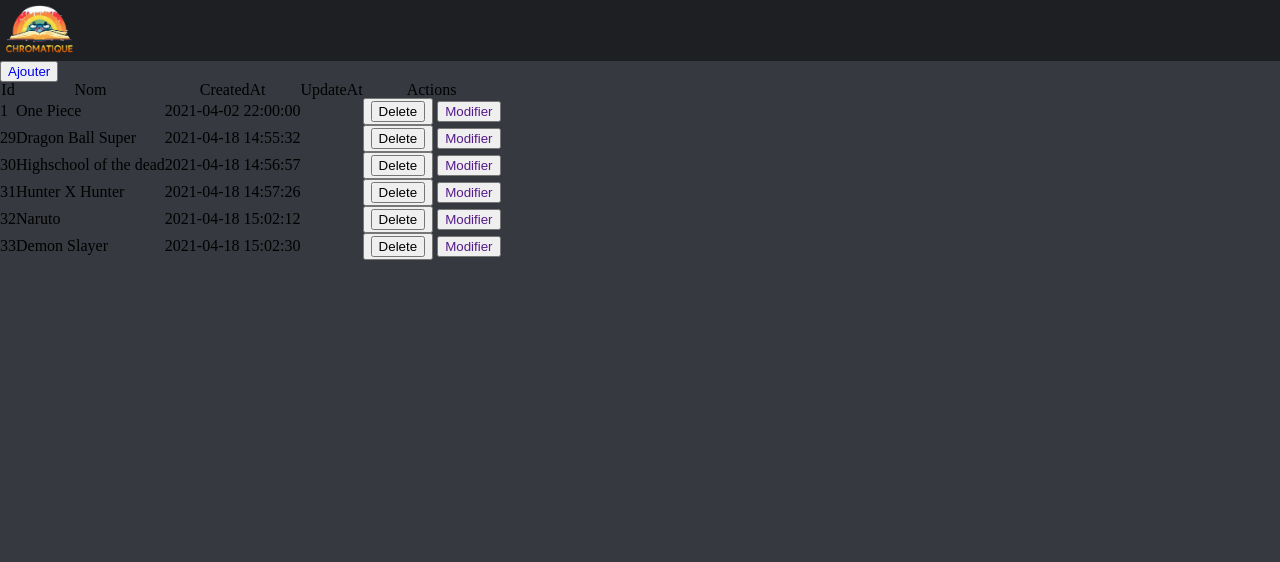
Repository: Codesieg/Chromatique
Page: http://localhost/admin
An editor plug-in stored every save of this project. The page is shown before and after the next save, followed by the edit.
The browser window is 1280 px wide. The pictures show the whole page.
Some icons come from a web library that is not loaded, so they are not drawn. The page is served by the project's Laravel application, run on PHP 8.4 with Laravel 8. Other server files are loaded and not shown. The database holds what the project's SQL file puts in it.

Above is the page before, as saved 2021-04-20 15:48:37.

### chromatique/routes/web.php
<?php


use Illuminate\Support\Facades\Route;
use App\Http\Controllers\MangasController;
use App\Http\Controllers\TomesController;
use App\Http\Controllers\AdminMangasController;

/*
|--------------------------------------------------------------------------
| Web Routes
|--------------------------------------------------------------------------
|
| Here is where you can register web routes for your application. These
| routes are loaded by the RouteServiceProvider within a group which
| contains the "web" middleware group. Now create something great!
|
*/
//-------------- Route front ----------------
// Route::get('/', [MangasController::class,'browse'])->name('browse_mangas');

Route::get(
    '/',
    [MangasController::class, 'browse']
)->name('browse_mangas');

Route::get(
    '/tome/{id}',
    [TomesController::class,'browse']
)->name('browse_tomes');

//-------------- Route back ----------------

Route::get(
    '/admin',
    [AdminMangasController::class, 'browse']
)->name('admin_browse_mangas');

Route::get(
    '/admin/add',
    [AdminMangasController::class, 'form']
)->name('admin_form_manga');

Route::post(
    '/admin/add',
    [AdminMangasController::class, 'add']
)->name('admin_add_manga');

Route::delete(
    '/admin/delete/{id}',
    [AdminMangasController::class, 'delete']
)->name('admin_delete_manga');

### chromatique/app/Http/Controllers/AdminMangasController.php
<?php

namespace App\Http\Controllers;

use App\Models\Mangas;
use Illuminate\Http\Request;
use App\Http\Controllers\Controller;
use Illuminate\Foundation\Auth\User;

class AdminMangasController extends Controller
{
    /**
     * Show all the mangas in database.
     *
     * @return App\Models\Mangas
     */
    public function browse()
    {
        $listManga = Mangas::all();

        return view('admin/browse', [
            'listMangas' => $listManga
        ]);
    }

    /**
     * Show the mangas by id.
     *
     * @return App\Models\Mangas
     */
    public function read($id)
    {
        return view('admin/details', [
            'manga' => Mangas::find($id)
        ]);
    }

    /**
     * Modify the mangas by id.
     *
     * @return App\Models\Mangas
     */
    public function edit($id)
    {
        return view('edit', [
            'manga' => Mangas::find($id)
        ]);
    }

    /**
     * Add a new manga.
     *
     *
     * @return void
     */
    public function form()
    {
        $uploaderList = User::All();
        // dd($uploaderList);

        return view('admin/form',
        ['uploaderList' => $uploaderList]
    );
    }

    /**
     * Show the application dashboard.
     *
     * @return \Illuminate\Http\Response
     */
    public function add(Request $request)
    {
        $mangaName = $request->input('mangaName');
        // $mangaJacket = $request->input('mangaJacket');
        $author = $request->input('author');
        $synopsis = $request->input('synopsis');
        $userId = $request->input('userId');

        $this->validate($request, [
                'mangaJacket' => 'required',
                'mangaJacket.*' => 'mimes:jpg,png'
        ]);
         // à la création d'un nouveua manga il faut créer un nouveau dossier
        // Récupérer le nom du fichier et le renomer

        if($request->hasfile('mangaJacket'))
        {
            $jacket = $request->file('mangaJacket');
            // dump($jacket->path());
            // dump($jacket->hashName());
            $name = '/' . $mangaName . '/' . $mangaName . '.' . $jacket->extension();
            // dump($name);

            $jacket->move(public_path().'/assets/mangas/'. ucfirst($mangaName), $name);
        }

        $file= new Mangas();
        $file->manga_name = $mangaName;
        $file->manga_jacket = ucfirst($name);
        $file->author = $author;
        $file->synopsis = $synopsis;
        $file->users_id = $userId ;
        $file->created_at = new \datetime();
        $file->save();

        // return redirect()->route('profile');
        return back()->with('success', 'Data Your files has been successfully added');
    }

    /**
     * DELETE a  manga.
     *
     * @return App\Models\Mangas
     */
    public function delete($id)
    {
        $manga = Mangas::find($id);

        if ($manga) {
            $manga::destroy($id);
            return back()->with($id . " supprimer", 200);
        } else {
            return back()->with('nop');
        }
    }

}

### chromatique/app/Models/Mangas.php
<?php

namespace App\Models;

use Illuminate\Database\Eloquent\Factories\HasFactory;
use Illuminate\Database\Eloquent\Model;

class Mangas extends Model
{
    use HasFactory;
    protected $fillable = [
        'manga_name',
        'manga_jacket',
        'author',
        'synopsis',
        'manga_banner',
        'users_id',
    ];
}

### chromatique/resources/views/admin/browse.blade.php
@extends ('layout')

@section('contenu')

<div class="container">
    <div class="add">
        <button type="button" class="btn btn-primary btn-sm"><a class="text-decoration-none text-white" href="{{route('admin_form_manga')}}">Ajouter</a></button>
    </div>

    <div class="col-12">
        <table class="table">
            <thead>
            <tr>
                <th class="text-white">Id</th>
                <th class="text-white">Nom</th>
                <th class="text-white">CreatedAt</th>
                <th class="text-white">UpdateAt</th>
                <th class="text-white">Actions</th>
            </tr>
            </thead>
            <tbody>
            @foreach ($listMangas as $manga)
            <tr>
                <td class="text-white">{{$manga->id}}</td>
                <td class="text-white">{{$manga->manga_name}}</td>
                <td class="text-white">{{$manga->created_at}}</td>
                <td class="text-white">{{$manga->update_at}}</td>
                <td>
                    <button type="button" class="btn btn-danger btn-sm      text-decoration-none text-white"><form action="{{route  ('admin_delete_manga', ['id' => $manga->id])}}" method="post">
                        <input class="btn btn-default" type="submit" value="Delete">
                        <input type="hidden" name="_method" value="delete" />
                        <input type="hidden" name="_token" value="{{ csrf_token() }}">
                    </form>
                    </button>
                    <button type="button" class="btn btn-success btn-sm text-decoration-none text-white"><a class="text-decoration-none text-white"  href="">Modifier</a></button>
                </td>
            </tr>
            @endforeach
            </tbody>
        </table>
    </div>
</div>
@endsection

### chromatique/resources/views/layout.blade.php
<!DOCTYPE html>
<html lang="fr">

<head>
    <meta charset="UTF-8">
    <meta http-equiv="X-UA-Compatible" content="IE=edge">
    <meta name="viewport" content="width=device-width, initial-scale=1.0">
    <title>Chromatique</title>
    <link rel="stylesheet" href="https://maxst.icons8.com/vue-static/landings/line-awesome/line-awesome/1.3.0/css/line-awesome.min.css">
    <link rel="stylesheet" href="<?= asset('assets/css/reset.css') ?>">
    <link rel="stylesheet" href="<?= asset('assets/css/style.css') ?>">
</head>

<header>
    <div class="infos-menu">
        <div class="wrapper-menu">
            <img class="logo" src="<?= asset('assets/img/logo.png') ?>" alt="">
            <a href="{{route('browse_mangas')}}"><i class="las la-3x la-home white"></i></a>
            <a href="{{route('admin_form_manga')}}"><i class="las la-3x la-user-shield white"></i></a>
            <a href="https://discord.gg/3HH8Usj"><i class="lab la-3x la-discord white"></i></a>
            <a href="#"><i class="lab la-3x la-telegram white"></i></a>
            <a href="#"><i class="las la-3x la-info-circle white"></i></a>
        </div>
    </div>
</header>
<body >
    <!-- wrap -->

    @yield('contenu')



</body>
</html>

### chromatique/public/assets/css/reset.css
/* http://meyerweb.com/eric/tools/css/reset/
   v2.0 | 20110126
   License: none (public domain)
*/

html,
body,
div,
span,
applet,
object,
iframe,
h1,
h2,
h3,
h4,
h5,
h6,
p,
blockquote,
pre,
a,
abbr,
acronym,
address,
big,
cite,
code,
del,
dfn,
em,
img,
ins,
kbd,
q,
s,
samp,
small,
strike,
strong,
sub,
sup,
tt,
var,
b,
u,
i,
center,
dl,
dt,
dd,
ol,
ul,
li,
fieldset,
form,
label,
legend,
table,
caption,
tbody,
tfoot,
thead,
tr,
th,
td,
article,
aside,
canvas,
details,
embed,
figure,
figcaption,
footer,
header,
hgroup,
menu,
nav,
output,
ruby,
section,
summary,
time,
mark,
audio,
video {
    margin: 0;
    padding: 0;
    border: 0;
    font-size: 100%;
    font: inherit;
    vertical-align: baseline;
}

a {
    text-decoration: none;
}


/* HTML5 display-role reset for older browsers */

article,
aside,
details,
figcaption,
figure,
footer,
header,
hgroup,
menu,
nav,
section {
    display: block;
}

body {
    line-height: 1;
}

ol,
ul {
    list-style: none;
}

blockquote,
q {
    quotes: none;
}

blockquote:before,
blockquote:after,
q:before,
q:after {
    content: '';
    content: none;
}

table {
    border-collapse: collapse;
    border-spacing: 0;
}

### chromatique/public/assets/css/style.css
body {
    margin: 0;
    background-color: #36393F;
}

.logo {
    margin: 5px 5px 5px 5px;
    width: 10%;
}

.logo__left {
    width: 50px
}

.infos-menu {
    display: flex;
    align-items: center;
    justify-content: space-between;
    background-color: #1e1f22;
    position: sticky;
}

.infos-menu i {
    margin-left: 2px;
}

.wrapper-menu {
    display: flex;
    align-items: center;
}

.la-user-shield {
    margin: 0 10px 0 0;
}

.search {
    position: relative;
    margin: 10px 0 0 0;
    float: left;
    top: 50px;
    right: 50px;
}

.field {
    border: 0 !important;
    width: 100% !important;
    height: 100% !important;
    padding: 10px 20px !important;
    background: white !important;
    border-radius: 3px !important;
    box-shadow: 0px 8px 15px rgba(75, 72, 72, 0.1) !important;
    -webkit-transition: all 0.4s ease !important;
    transition: all 0.4s ease !important;
}

.login {
    display: flex;
    align-items: center;
    margin: 0 20px 0 0px;
}

.login a {
    margin: 0 5px 0 5px;
    text-decoration: none;
    font-size: 1.5em;
    color: #fff;
    padding: 5px 5px 5px 5px;
}

.dropdown-login {
    position: relative;
    display: inline-block;
    margin: 0 0 0 50px;
}

.dropdown-login:hover .dropdown-content {
    display: flex;
    flex-direction: column;
}

.dropdown-content {
    display: none;
    position: absolute;
    background-color: #1e1f22;
    min-width: 260px;
    top: 85%;
    right: 5%;
    box-shadow: 0px 8px 16px 0px rgba(0, 0, 0, 0.2);
    padding: 30px 8px 16px 8px;
    z-index: 1;
}

.white {
    color: #ffff;
    text-decoration: none;
}

p {
    color: white;
}

h1 {
    font-size: 1.5em;
    text-align: center;
    padding: 10px 0 0 0;
}

.main {
    width: 80%;
    margin: 20px auto;
    display: flex;
    justify-content: center;
}

.content {
    display: flex;
    flex-direction: column;
}

.hot {
    border-bottom: solid #DCDDDE 1px;
    color: #DCDDDE;
    font-size: 1.8em;
    padding: 0 0 5px 0;
}

.cards {
    display: flex;
    justify-content: center;
    align-self: center;
    flex-wrap: wrap;
    width: 60%;
}

.card {
    background-color: #1e1f22;
    margin: 10px;
    padding: 10px;
    display: flex;
    flex-direction: column;
}

.card p {
    text-align: center;
    margin: 7px 0 0 0;
}

.stats {
    display: flex;
    margin: 10px 0 10px 0;
}

.views {
    display: flex;
}

.resume {
    width: 75%;
    margin: 5px 0 0 0;
    font-size: 1.2em;
    font-family: 'Lucida Sans', 'Lucida Sans Regular', 'Lucida Grande', 'Lucida Sans Unicode', Geneva, Verdana, sans-serif;
}

.cover {
    width: 290px;
    height: 450px;
    display: flex;
    align-self: center;
}

.main-cover {
    position: relative;
    float: right;
    top: 50px;
    left: 100px;
}


/*  Détails page */

### Docs/chromatique.sql (the tables this page reads)
CREATE TABLE IF NOT EXISTS `mangas` (
  `id` int(10) UNSIGNED NOT NULL AUTO_INCREMENT,
  `manga_name` varchar(45) DEFAULT NULL COMMENT 'Nom du manga',
  `author` varchar(45) DEFAULT NULL COMMENT 'Auteur du manga',
  `synopsis` mediumtext COMMENT 'Résumé du manga',
  `manga_jacket` varchar(255) NOT NULL COMMENT 'Couverture du manga',
  `manga_banner` varchar(45) DEFAULT NULL COMMENT 'bannière de page du manga',
  `manga_directory` varchar(60) DEFAULT NULL,
  `home_order` int(11) DEFAULT '0',
  `created_at` timestamp NULL DEFAULT NULL,
  `updated_at` timestamp NULL DEFAULT NULL,
  `users_id` int(10) UNSIGNED NOT NULL,
  `chapter_id` int(11) NOT NULL,
  PRIMARY KEY (`id`,`users_id`),
  UNIQUE KEY `id_UNIQUE` (`id`),
  KEY `fk_mangas_users1_idx` (`users_id`)
) ENGINE=InnoDB AUTO_INCREMENT=34 DEFAULT CHARSET=utf8;

INSERT INTO `mangas` (`id`, `manga_name`, `author`, `synopsis`, `manga_jacket`, `manga_banner`, `manga_directory`, `home_order`, `created_at`, `updated_at`, `users_id`, `chapter_id`) VALUES
(1, 'One Piece', NULL, NULL, '/tome_93/tome-93.jpg', NULL, '/One_Piece', 0, '2021-04-02 22:00:00', NULL, 1, 0),
(29, 'Dragon Ball Super', NULL, NULL, '/Dragon Ball Super/Dragon Ball Super.jpg', NULL, NULL, 0, '2021-04-18 14:55:32', '2021-04-18 14:55:32', 1, 0),
(30, 'Highschool of the dead', NULL, NULL, '/Highschool of the dead/Highschool of the dead.jpg', NULL, NULL, 0, '2021-04-18 14:56:57', '2021-04-18 14:56:57', 1, 0),
(31, 'Hunter X Hunter', NULL, NULL, '/Hunter X Hunter/Hunter X Hunter.jpg', NULL, NULL, 0, '2021-04-18 14:57:26', '2021-04-18 14:57:26', 1, 0),
(32, 'Naruto', NULL, NULL, '/Naruto/Naruto.jpg', NULL, NULL, 0, '2021-04-18 15:02:12', '2021-04-18 15:02:12', 1, 0),
(33, 'Demon Slayer', NULL, NULL, '/Demon Slayer/Demon Slayer.jpg', NULL, NULL, 0, '2021-04-18 15:02:30', '2021-04-18 15:02:30', 1, 0);

ALTER TABLE `mangas`
  ADD CONSTRAINT `fk_mangas_users1` FOREIGN KEY (`users_id`) REFERENCES `users` (`id`) ON DELETE NO ACTION ON UPDATE NO ACTION;

Loaded but not shown: chromatique/app/Providers/AppServiceProvider.php (common file); chromatique/app/Http/Controllers/Controller.php (common file)

After the next save:
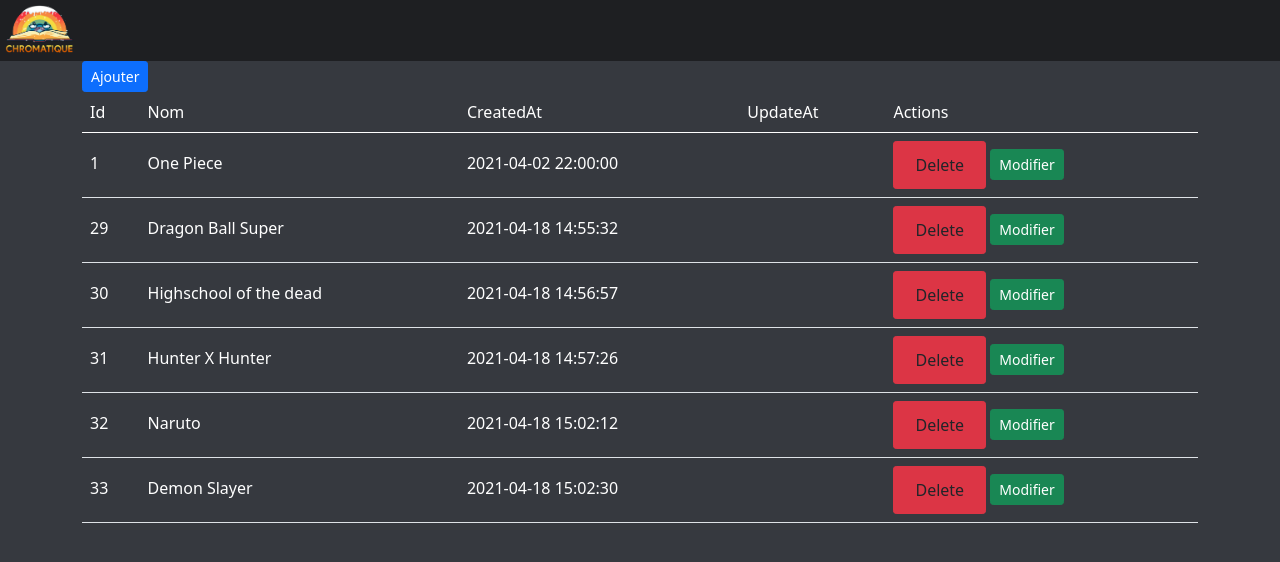
Saved 44 s later.
--- a/chromatique/resources/views/layout.blade.php
+++ b/chromatique/resources/views/layout.blade.php
@@ -8,6 +8,8 @@
     <title>Chromatique</title>
     <link rel="stylesheet" href="https://maxst.icons8.com/vue-static/landings/line-awesome/line-awesome/1.3.0/css/line-awesome.min.css">
     <link rel="stylesheet" href="<?= asset('assets/css/reset.css') ?>">
+    <link href="https://cdn.jsdelivr.net/npm/bootstrap@5.0.0-beta3/dist/css/bootstrap.min.css" rel="stylesheet" integrity="sha384-eOJMYsd53ii+scO/bJGFsiCZc+5NDVN2yr8+0RDqr0Ql0h+rP48ckxlpbzKgwra6" crossorigin="anonymous">
+
     <link rel="stylesheet" href="<?= asset('assets/css/style.css') ?>">
 </head>
 
@@ -31,4 +33,6 @@
 
 
 </body>
+<script src="https://cdn.jsdelivr.net/npm/bootstrap@5.0.0-beta3/dist/js/bootstrap.bundle.min.js" integrity="sha384-JEW9xMcG8R+pH31jmWH6WWP0WintQrMb4s7ZOdauHnUtxwoG2vI5DkLtS3qm9Ekf" crossorigin="anonymous"></script>
+
 </html>
